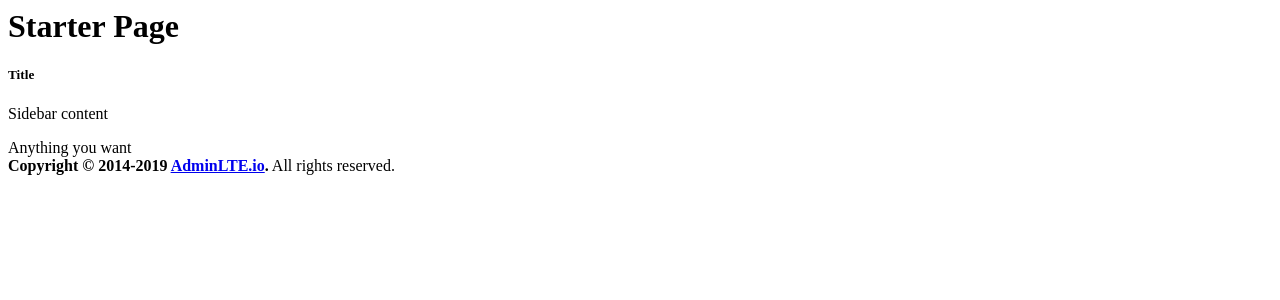
Repository: Abdaljawad-Aya/Django-Exercises
Page: http://localhost/polls/
These files come from the project's save history. The page is drawn as it stood at one moment and after the next save; the edit follows.
The browser window is 1280 px wide. The pictures show the whole page.
The page is served by the project's application, run on Django 3.2 (manage.py). Other server files are loaded and not shown.

Above is the page before, as saved 2021-03-10 08:27:13.

### crudDj/DJ/polls/templates/polls/starter.html

<!--
This is a starter template page. Use this page to start your new project from
scratch. This page gets rid of all links and provides the needed markup only.
-->
{% load static %}
{% comment %} <!DOCTYPE html>
<html lang="en">
<head>
  <meta charset="utf-8">
  <meta name="viewport" content="width=device-width, initial-scale=1">
  <meta http-equiv="x-ua-compatible" content="ie=edge">

  <title>AdminLTE 3 | Starter</title>

  <!-- Font Awesome Icons -->
  <link rel="stylesheet" href="{% static 'plugins/fontawesome-free/css/all.min.css' %}">
  <!-- Theme style -->
  <link rel="stylesheet" href="{% static 'dist/css/adminlte.min.css'%}">
  <!-- Google Font: Source Sans Pro -->
  <link href="https://fonts.googleapis.com/css?family=Source+Sans+Pro:300,400,400i,700" rel="stylesheet">
</head>
<body class="hold-transition sidebar-mini"> {% endcomment %}
<div class="wrapper">

  <!-- Navbar -->
  {% comment %} <nav class="main-header navbar navbar-expand navbar-white navbar-light">
    <!-- Left navbar links -->
    <ul class="navbar-nav">
      <li class="nav-item">
        <a class="nav-link" data-widget="pushmenu" href="#" role="button"><i class="fas fa-bars"></i></a>
      </li>
      <li class="nav-item d-none d-sm-inline-block">
        <a href="index3.html" class="nav-link">Home</a>
      </li>
      <li class="nav-item d-none d-sm-inline-block">
        <a href="#" class="nav-link">Contact</a>
      </li>
    </ul> {% endcomment %}

    <!-- SEARCH FORM -->
    {% comment %} <form class="form-inline ml-3">
      <div class="input-group input-group-sm">
        <input class="form-control form-control-navbar" type="search" placeholder="Search" aria-label="Search">
        <div class="input-group-append">
          <button class="btn btn-navbar" type="submit">
            <i class="fas fa-search"></i>
          </button>
        </div>
      </div>
    </form> {% endcomment %}

    <!-- Right navbar links -->
    {% comment %} <ul class="navbar-nav ml-auto">
      <!-- Messages Dropdown Menu -->
      <li class="nav-item dropdown">
        <a class="nav-link" data-toggle="dropdown" href="#">
          <i class="far fa-comments"></i>
          <span class="badge badge-danger navbar-badge">3</span>
        </a>
        <div class="dropdown-menu dropdown-menu-lg dropdown-menu-right">
          <a href="#" class="dropdown-item">
            <!-- Message Start -->
            <div class="media">
              <img src="{% static 'dist/img/user1-128x128.jpg'%}" alt="User Avatar" class="img-size-50 mr-3 img-circle">
              <div class="media-body">
                <h3 class="dropdown-item-title">
                  Brad Diesel
                  <span class="float-right text-sm text-danger"><i class="fas fa-star"></i></span>
                </h3>
                <p class="text-sm">Call me whenever you can...</p>
                <p class="text-sm text-muted"><i class="far fa-clock mr-1"></i> 4 Hours Ago</p>
              </div>
            </div>
            <!-- Message End -->
          </a>
          <div class="dropdown-divider"></div>
          <a href="#" class="dropdown-item">
            <!-- Message Start -->
            <div class="media">
              <img src="{% static 'dist/img/user8-128x128.jpg'%}" alt="User Avatar" class="img-size-50 img-circle mr-3">
              <div class="media-body">
                <h3 class="dropdown-item-title">
                  John Pierce
                  <span class="float-right text-sm text-muted"><i class="fas fa-star"></i></span>
                </h3>
                <p class="text-sm">I got your message bro</p>
                <p class="text-sm text-muted"><i class="far fa-clock mr-1"></i> 4 Hours Ago</p>
              </div>
            </div>
            <!-- Message End -->
          </a>
          <div class="dropdown-divider"></div>
          <a href="#" class="dropdown-item">
            <!-- Message Start -->
            <div class="media">
              <img src="{% static 'dist/img/user3-128x128.jpg'%}" alt="User Avatar" class="img-size-50 img-circle mr-3">
              <div class="media-body">
                <h3 class="dropdown-item-title">
                  Nora Silvester
                  <span class="float-right text-sm text-warning"><i class="fas fa-star"></i></span>
                </h3>
                <p class="text-sm">The subject goes here</p>
                <p class="text-sm text-muted"><i class="far fa-clock mr-1"></i> 4 Hours Ago</p>
              </div>
            </div>
            <!-- Message End -->
          </a>
          <div class="dropdown-divider"></div>
          <a href="#" class="dropdown-item dropdown-footer">See All Messages</a>
        </div>
      </li>
      <!-- Notifications Dropdown Menu -->
      <li class="nav-item dropdown">
        <a class="nav-link" data-toggle="dropdown" href="#">
          <i class="far fa-bell"></i>
          <span class="badge badge-warning navbar-badge">15</span>
        </a>
        <div class="dropdown-menu dropdown-menu-lg dropdown-menu-right">
          <span class="dropdown-header">15 Notifications</span>
          <div class="dropdown-divider"></div>
          <a href="#" class="dropdown-item">
            <i class="fas fa-envelope mr-2"></i> 4 new messages
            <span class="float-right text-muted text-sm">3 mins</span>
          </a>
          <div class="dropdown-divider"></div>
          <a href="#" class="dropdown-item">
            <i class="fas fa-users mr-2"></i> 8 friend requests
            <span class="float-right text-muted text-sm">12 hours</span>
          </a>
          <div class="dropdown-divider"></div>
          <a href="#" class="dropdown-item">
            <i class="fas fa-file mr-2"></i> 3 new reports
            <span class="float-right text-muted text-sm">2 days</span>
          </a>
          <div class="dropdown-divider"></div>
          <a href="#" class="dropdown-item dropdown-footer">See All Notifications</a>
        </div>
      </li>
      <li class="nav-item">
        <a class="nav-link" data-widget="control-sidebar" data-slide="true" href="#" role="button"><i
            class="fas fa-th-large"></i></a>
      </li> {% endcomment %}
    {% comment %} </ul> {% endcomment %}
  {% comment %} </nav> {% endcomment %}
  <!-- /.navbar -->

  <!-- Main Sidebar Container -->
  {% comment %} <aside class="main-sidebar sidebar-dark-primary elevation-4">
    <!-- Brand Logo -->
    <a href="index3.html" class="brand-link">
      <img src="{% static 'dist/img/AdminLTELogo.png'%}" alt="AdminLTE Logo" class="brand-image img-circle elevation-3"
           style="opacity: .8">
      <span class="brand-text font-weight-light">AdminLTE 3</span>
    </a>

    <!-- Sidebar -->
    <div class="sidebar">
      <!-- Sidebar user panel (optional) -->
      <div class="user-panel mt-3 pb-3 mb-3 d-flex">
        <div class="image">
          <img src="{% static 'dist/img/user2-160x160.jpg'%}" class="img-circle elevation-2" alt="User Image">
        </div>
        <div class="info">
          <a href="#" class="d-block">Ayah Imad</a>
        </div>
      </div>

      <!-- Sidebar Menu -->
      <nav class="mt-2">
        <ul class="nav nav-pills nav-sidebar flex-column" data-widget="treeview" role="menu" data-accordion="false">
          <!-- Add icons to the links using the .nav-icon class
               with font-awesome or any other icon font library -->
          <li class="nav-item has-treeview menu-open">
            <a href="#" class="nav-link active">
              <i class="nav-icon fas fa-tachometer-alt"></i>
              <p>
                Starter Pages
                <i class="right fas fa-angle-left"></i>
              </p>
            </a>
            <ul class="nav nav-treeview">
              <li class="nav-item">
                <a href="#" class="nav-link active">
                  <i class="far fa-circle nav-icon"></i>
                  <p>Active Page</p>
                </a>
              </li>
              <li class="nav-item">
                <a href="#" class="nav-link">
                  <i class="far fa-circle nav-icon"></i>
                  <p>Inactive Page</p>
                </a>
              </li>
            </ul>
          </li>
          <li class="nav-item">
            <a href="#" class="nav-link">
              <i class="nav-icon fas fa-th"></i>
              <p>
                Simple Link
                <span class="right badge badge-danger">New</span>
              </p>
            </a>
          </li>
        </ul>
      </nav>
      <!-- /.sidebar-menu -->
    </div>
    <!-- /.sidebar -->
  </aside> {% endcomment %}

  <!-- Content Wrapper. Contains page content -->
  <div class="content-wrapper">

  <div class="content-header">
                <h1 class="m-0 text-dark">Starter Page</h1>

  </div
    <!-- Content Header (Page header) -->
    {% comment %} <div class="content-header">
      <div class="container-fluid">
        <div class="row mb-2">
          <div class="col-sm-6">
            <h1 class="m-0 text-dark">Starter Page</h1>
          </div><!-- /.col -->
          <div class="col-sm-6">
            <ol class="breadcrumb float-sm-right">
              <li class="breadcrumb-item"><a href="#">Home</a></li>
              <li class="breadcrumb-item active">Starter Page</li>
            </ol>
          </div><!-- /.col -->
        </div><!-- /.row -->
      </div><!-- /.container-fluid --> {% endcomment %}
    </div>
    <!-- /.content-header -->

    <!-- Main content -->
    {% comment %} <div class="content">
      <div class="container-fluid">
        <div class="row">
          <div class="col-lg-6">
            <div class="card">
              <div class="card-body">
                <h5 class="card-title">Card title</h5>

                <p class="card-text">
                  Some quick example text to build on the card title and make up the bulk of the card's
                  content.
                </p>

                <a href="#" class="card-link">Card link</a>
                <a href="#" class="card-link">Another link</a>
              </div>
            </div> {% endcomment %}

            {% comment %} <div class="card card-primary card-outline">
              <div class="card-body">
                <h5 class="card-title">Card title</h5>

                <p class="card-text">
                  Some quick example text to build on the card title and make up the bulk of the card's
                  content.
                </p>
                <a href="#" class="card-link">Card link</a>
                <a href="#" class="card-link">Another link</a>
              </div>
            </div><!-- /.card -->
          </div> {% endcomment %}
          <!-- /.col-md-6 -->
          {% comment %} <div class="col-lg-6">
            <div class="card">
              <div class="card-header">
                <h5 class="m-0">Featured</h5>
              </div>
              <div class="card-body">
                <h6 class="card-title">Special title treatment</h6>

                <p class="card-text">With supporting text below as a natural lead-in to additional content.</p>
                <a href="#" class="btn btn-primary">Go somewhere</a>
              </div>
            </div> {% endcomment %}

            {% comment %} <div class="card card-primary card-outline">
              <div class="card-header">
                <h5 class="m-0">Featured</h5>
              </div>
              <div class="card-body">
                <h6 class="card-title">Special title treatment</h6>

                <p class="card-text">With supporting text below as a natural lead-in to additional content.</p>
                <a href="#" class="btn btn-primary">Go somewhere</a>
              </div> {% endcomment %}
            </div>
          </div>
          <!-- /.col-md-6 -->
        </div>
        <!-- /.row -->
      </div><!-- /.container-fluid -->
    </div>
    <!-- /.content -->
  </div>
  <!-- /.content-wrapper -->

  <!-- Control Sidebar -->
  <aside class="control-sidebar control-sidebar-dark">
    <!-- Control sidebar content goes here -->
    <div class="p-3">
      <h5>Title</h5>
      <p>Sidebar content</p>
    </div>
  </aside>
  <!-- /.control-sidebar -->

  <!-- Main Footer -->
  <footer class="main-footer">
    <!-- To the right -->
    <div class="float-right d-none d-sm-inline">
      Anything you want
    </div>
    <!-- Default to the left -->
    <strong>Copyright &copy; 2014-2019 <a href="https://adminlte.io">AdminLTE.io</a>.</strong> All rights reserved.
  </footer>
</div>
<!-- ./wrapper -->

<!-- REQUIRED SCRIPTS -->

<!-- jQuery -->
{% comment %} <script src="{% static 'plugins/jquery/jquery.min.js'%}"></script>
<!-- Bootstrap 4 -->
<script src="{% static 'plugins/bootstrap/js/bootstrap.bundle.min.js'%}"></script>
<!-- AdminLTE App -->
<script src="{% static 'dist/js/adminlte.min.js'%}"></script> {% endcomment %}
</body>
</html>

### crudDj/DJ/polls/views.py
from django.shortcuts import render , HttpResponseRedirect
from django.http import HttpResponse
from .forms  import DjCrud
from .models import User
# Create your views here.
def index(request):
  return render(request, 'polls/starter.html')

#adding and retrieving data

def add_show(request):
  if request.method == 'POST':
    fm = DjCrud(request.POST)
    if fm.is_valid():
      nm = fm.cleaned_data['name']
      em = fm.cleaned_data['email']
      pw = fm.cleaned_data['password']
      reg= User(name=nm, email=em, password=pw)
      reg.save()
      fm = DjCrud()
  else:
      fm = DjCrud()
      Dj = User.objects.all()
      return render(request, 'polls/add.html', {'form':fm})

 #edit and update function

def update_data(request,id):
    if request.method == 'POST':
        pi = User.objects.get(pk=id)
        fm = DjCrud(request.POST, instance=pi)
        if fm.is_valid():
            fm.save()
    else:
        pi = User.objects.get(pk=id)
        fm = DjCrud(instance=pi)
    return render(request,'polls/update.html', {'form':fm})

 #delete function

def delete_data(request,id):
    if request.method == 'POST':
        pi = User.objects.get(pk=id)
        pi.delete()
    return HttpResponseRedirect('/')

### crudDj/DJ/DJ/urls.py
"""DJ URL Configuration

The `urlpatterns` list routes URLs to views. For more information please see:
    https://docs.djangoproject.com/en/3.1/topics/http/urls/
Examples:
Function views
    1. Add an import:  from my_app import views
    2. Add a URL to urlpatterns:  path('', views.home, name='home')
Class-based views
    1. Add an import:  from other_app.views import Home
    2. Add a URL to urlpatterns:  path('', Home.as_view(), name='home')
Including another URLconf
    1. Import the include() function: from django.urls import include, path
    2. Add a URL to urlpatterns:  path('blog/', include('blog.urls'))
"""
from django.contrib import admin
from django.urls import path , include
from polls import views
urlpatterns = [
    path('admin/', admin.site.urls),
    path('',views.add_show, name="add"),
    path('delete/<int:id>/',views.delete_data, name="deleteadd"),
    path('<int:id>/',views.update_data, name="updateadd"),
    path('polls/', include('polls.urls')),
]

### crudDj/DJ/polls/urls.py
from django.urls import path
from polls import views

urlpatterns = [
    path ('' , views.index, name="index")
]

After the next save:
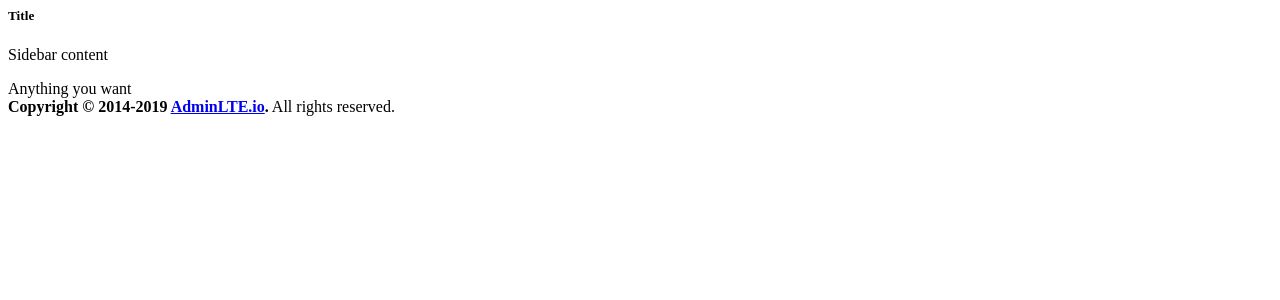
Saved 46 s later.
--- a/crudDj/DJ/polls/templates/polls/starter.html
+++ b/crudDj/DJ/polls/templates/polls/starter.html
@@ -211,13 +211,13 @@
   </aside> {% endcomment %}
 
   <!-- Content Wrapper. Contains page content -->
-  <div class="content-wrapper">
-
-  <div class="content-header">
+  {% comment %} <div class="content-wrapper"> {% endcomment %}
+
+  {% comment %} <div class="content-header">
                 <h1 class="m-0 text-dark">Starter Page</h1>
 
-  </div
-    <!-- Content Header (Page header) -->
+  </div> {% endcomment %}
+    {% comment %} Content Header (Page header)  {% endcomment %}
     {% comment %} <div class="content-header">
       <div class="container-fluid">
         <div class="row mb-2">
@@ -232,7 +232,7 @@
           </div><!-- /.col -->
         </div><!-- /.row -->
       </div><!-- /.container-fluid --> {% endcomment %}
-    </div>
+    {% comment %} </div> {% endcomment %}
     <!-- /.content-header -->
 
     <!-- Main content -->
@@ -291,7 +291,7 @@
                 <p class="card-text">With supporting text below as a natural lead-in to additional content.</p>
                 <a href="#" class="btn btn-primary">Go somewhere</a>
               </div> {% endcomment %}
-            </div>
+            {% comment %} </div>
           </div>
           <!-- /.col-md-6 -->
         </div>
@@ -299,7 +299,7 @@
       </div><!-- /.container-fluid -->
     </div>
     <!-- /.content -->
-  </div>
+  </div> {% endcomment %}
   <!-- /.content-wrapper -->
 
   <!-- Control Sidebar -->
